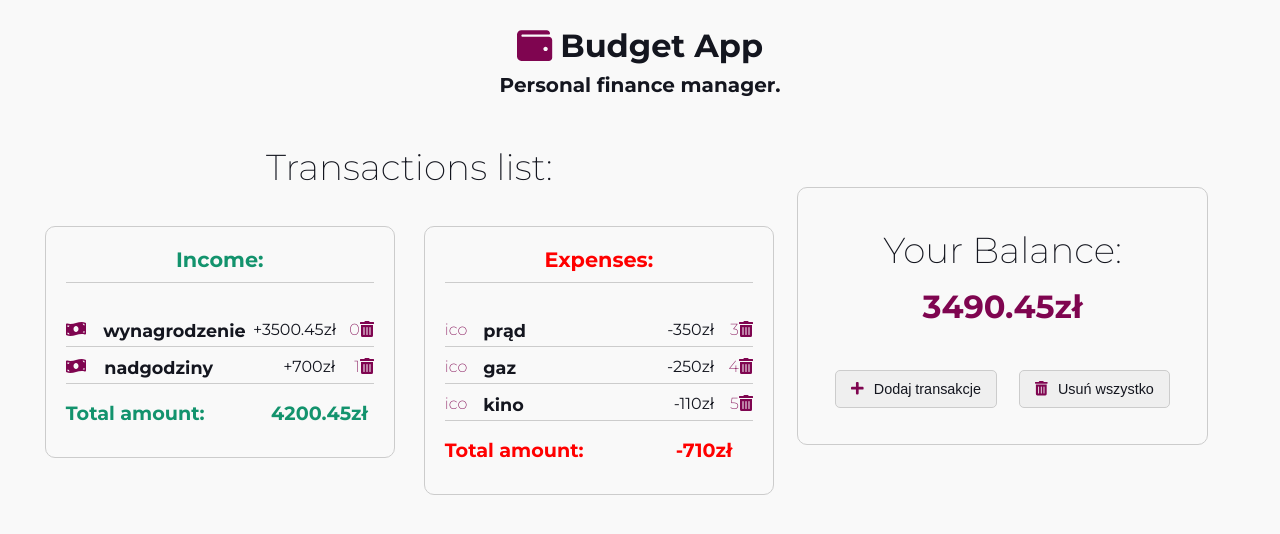
Repository: KrzysKolo/sr_tydzien4_zad4
Page: /
These files come from the project's save history. The page is drawn as it stood at one moment and after the next save; the edit follows.
The browser window is 1280 px wide. The pictures show the whole page.
Some web libraries are served in a nearby version. The project was rebuilt for these pictures with package versions that can differ from the ones it lists, and the page was loaded fresh each time. Also part of the build but not shown: src/components/budgetComponents/sectionComponents/Cat.js, src/components/budgetComponents/formComponents/Header.js, src/components/budgetComponents/formComponents/ErrorMessage.js, src/components/budgetComponents/formComponents/Input.js, src/components/budgetComponents/formComponents/Select.js.

Above is the page before, as saved 2020-12-10 13:50:00.

After the next save:
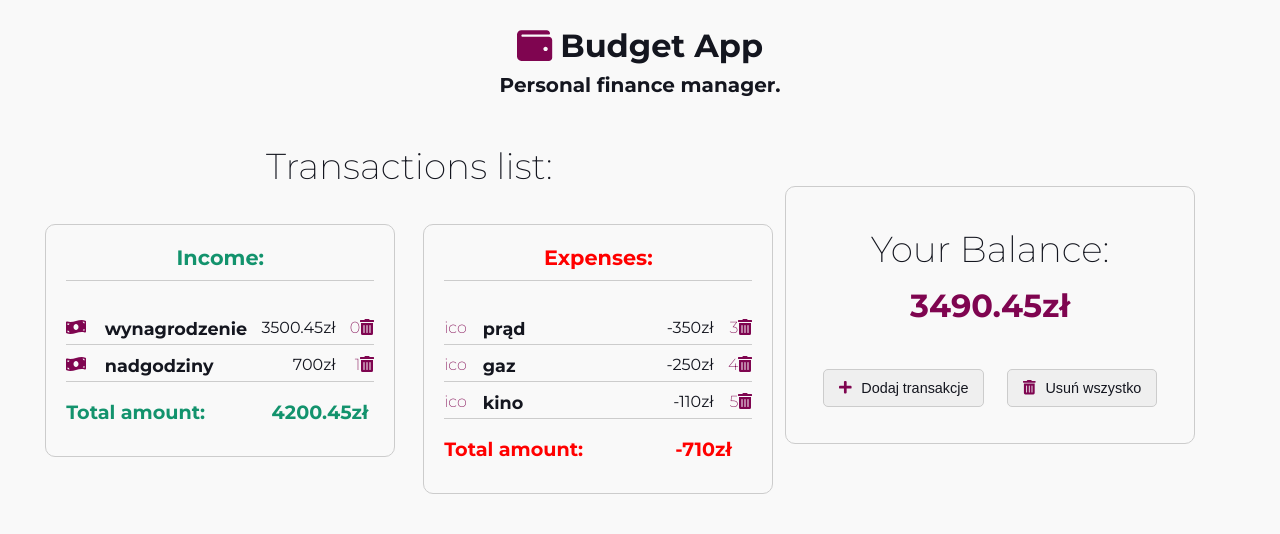
Saved 9 min 58 s later.
--- a/src/components/budgetComponents/sectionComponents/DivData.js
+++ b/src/components/budgetComponents/sectionComponents/DivData.js
@@ -74,11 +74,10 @@ const DivData = ({data, label, total, onClick}) => {
     return (
         <Container>
             {data.map(item => (
-
                 <DivWrapper key={item.id}>
                     <IcoP>{item.category > 0 ? 'ico' : <FontAwesomeIcon icon={faMoneyBillWave} />}</IcoP>
                     <NameH3>{item.name}</NameH3>
-                    <AmountSpan>{item.category > 0 ? '-' : '+'}{item.amount}zł</AmountSpan>
+                    <AmountSpan>{item.category > 0 ? '-' : ''}{item.amount}zł</AmountSpan>
                     <FontAwsomeP onClick={() => deleteTransaction(item.id)}>{item.id}<FontAwesomeIcon icon={faTrashAlt}/></FontAwsomeP>
                 </DivWrapper>)) }
                 <TotalAmountDiv label={label}><p>Total amount:</p>  <AmountP>{total}zł</AmountP></TotalAmountDiv>
